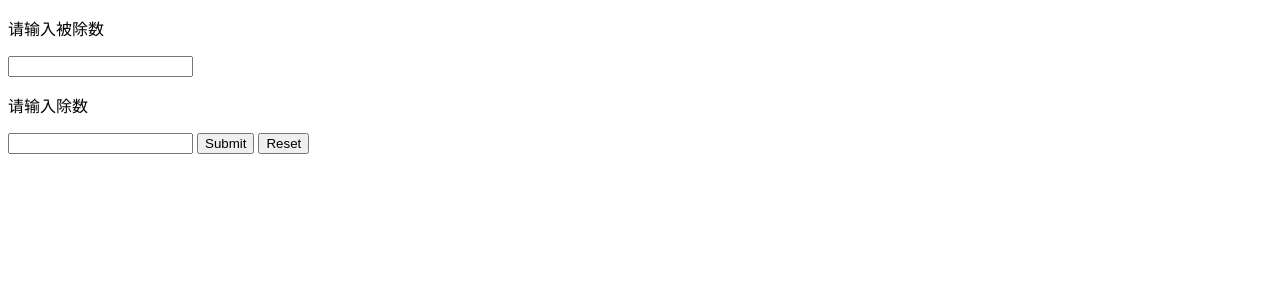
Repository: xienezheng/javaPractice
Page: javaweb/Calculate/WebContent/div.html
These files come from the project's save history. The page is drawn as it stood at one moment and after the next save; the edit follows.
The browser window is 1280 px wide. The pictures show the whole page.

Above is the page before, as saved 2017-04-20 23:52:24.

After the next save:
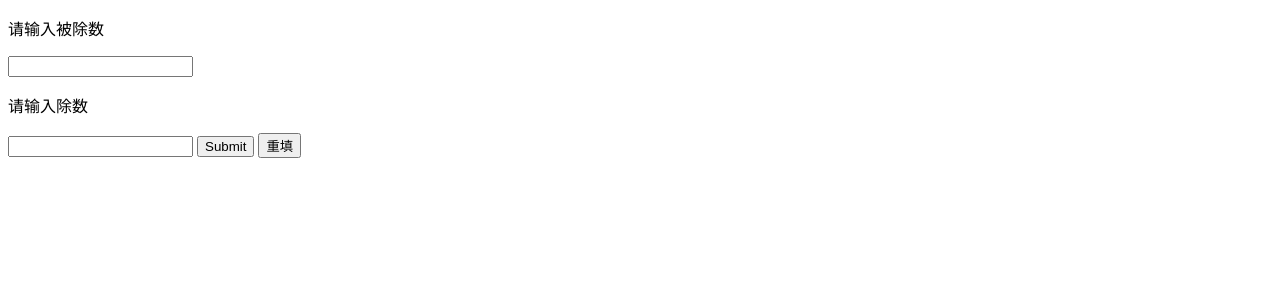
Saved 24 s later.
--- a/javaweb/Calculate/WebContent/div.html
+++ b/javaweb/Calculate/WebContent/div.html
@@ -11,7 +11,7 @@
 <p>请输入除数</p>
 <input type="text"name="two">
 <input type="submit",value="计算">
-<input type="reset",value="重填">
+<input type="reset"value="重填">
 </form>
 </body>
 </html>
